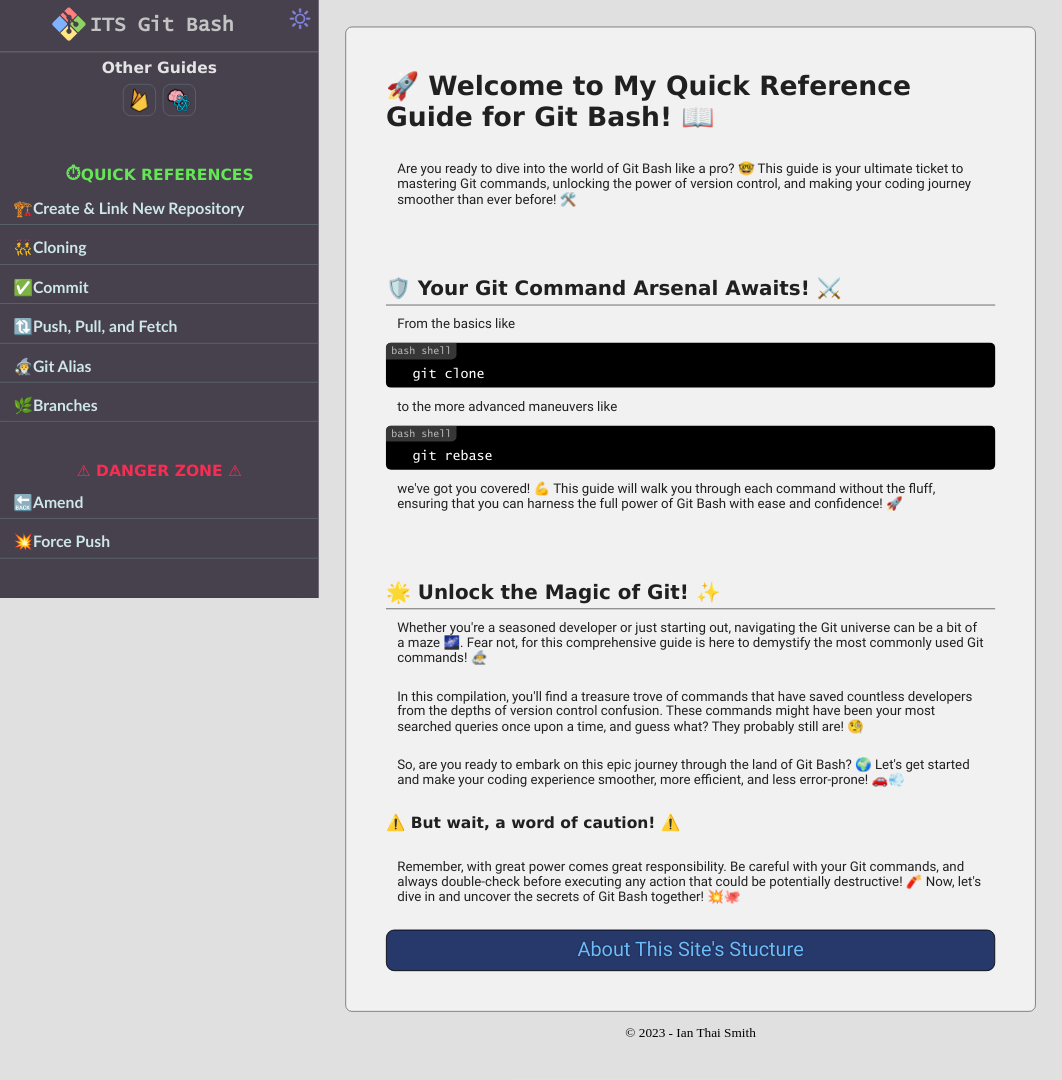
Repository: whyDoILoveThis/project__ITS_Git_Bash
Page: index.html
These files come from the project's save history. The page is drawn as it stood at one moment and after the next save; the edit follows.
The browser window is 1280 px wide. The pictures show the whole page, at 83% of full size.

Above is the page before, as saved 2024-03-14 10:19:43.

After the next save:
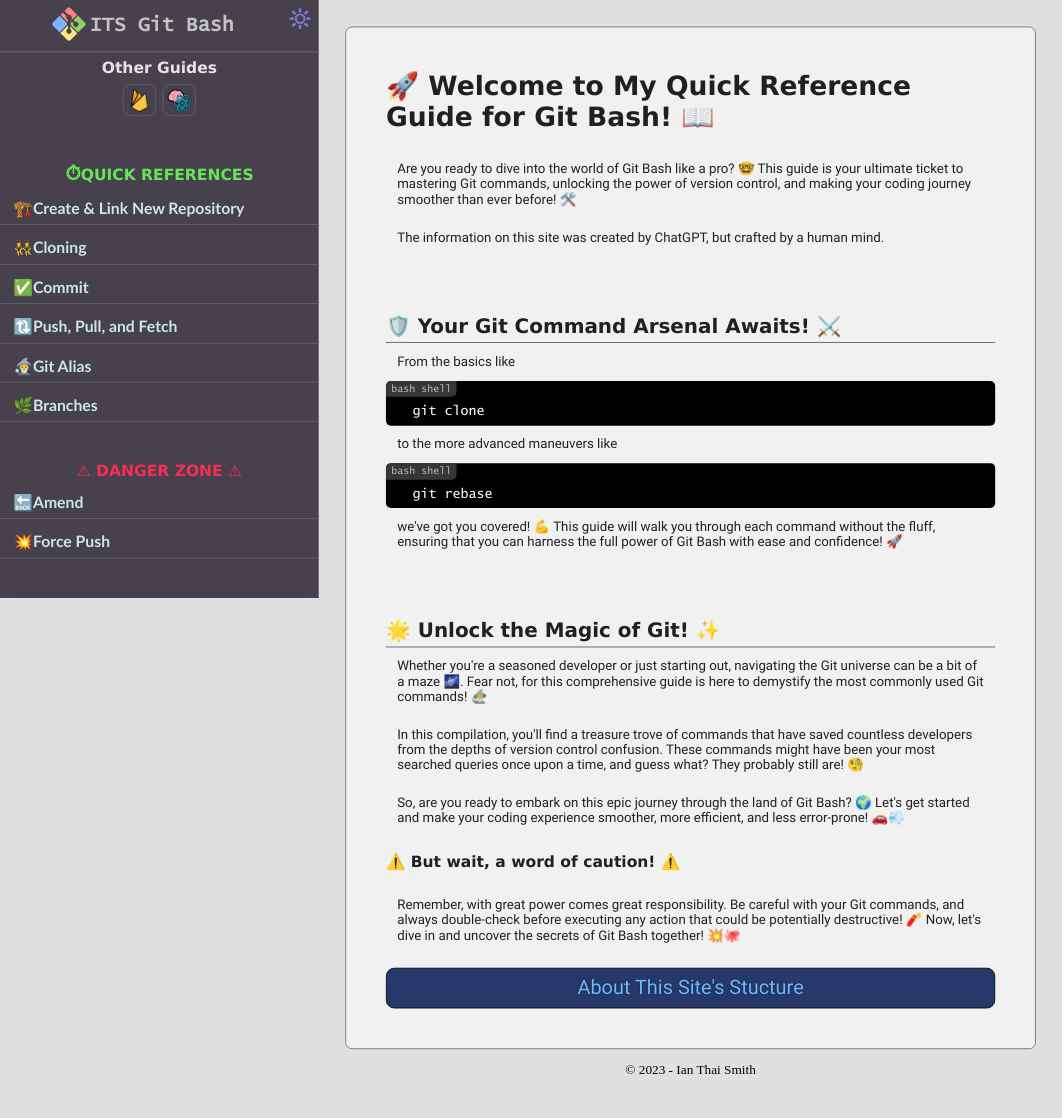
Saved 478 days later.
--- a/index.html
+++ b/index.html
@@ -17,6 +17,10 @@
             guide is your ultimate ticket to mastering Git commands, unlocking
             the power of version control, and making your coding journey
             smoother than ever before! 🛠️
+          </p>
+          <p>
+            The information on this site was created by ChatGPT, but crafted by
+            a human mind.
           </p>
           <h2>🛡️ Your Git Command Arsenal Awaits! ⚔️</h2>
           <p>From the basics like</p>
